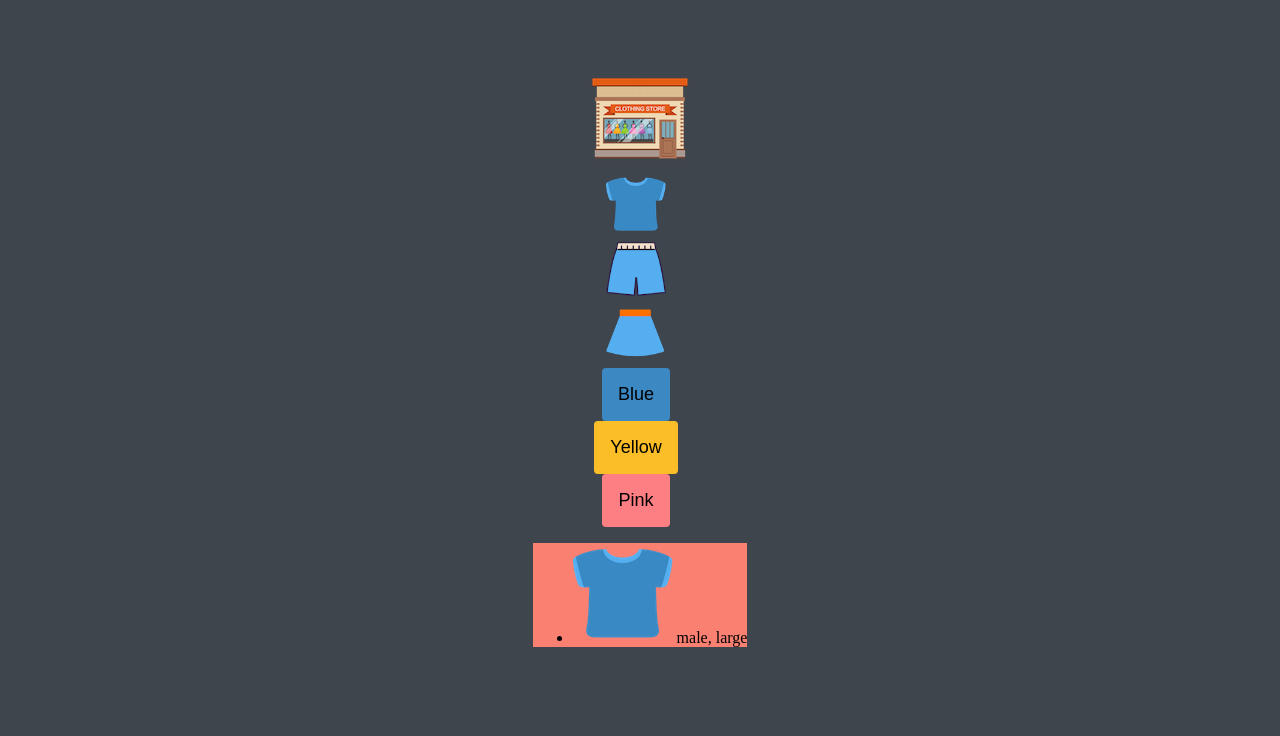
Repository: GoodHoneyCake/Dream_Coding_Academy1
Page: index.html
The author's editor kept a copy of each file at every save. The page is drawn from the files as they stood at one save, then again after the next save.
The browser window is 1280 px wide. The pictures show the whole page.

Above is the page before, as saved 2021-01-06 16:26:58.

### index.html
<!DOCTYPE html>
<html lang="en">
  <head>
    <meta charset="UTF-8" />
    <meta name="viewport" content="width=device-width, initial-scale=1.0" />
    <title>Online Shopping</title>
    <link rel="stylesheet" href="style.css" />
    <script src="src/main.js" defer></script>
  </head>
  <body>
    <!-- Logo -->
    <img src="img/logo.png" alt="Logo" class="logo" />
    <!-- Buttons -->
    <button class="btn">
      <img src="img/blue_t.png" alt="tshirt" class="imgBtn" />
    </button>
    <button class="btn">
      <img src="img/blue_p.png" alt="pants" class="imgBtn" />
    </button>
    <button class="btn">
      <img src="img/blue_s.png" alt="skirt" class="imgBtn" />
    </button>
    <button class="btn colorBtn blue">Blue</button>
    <button class="btn colorBtn yellow">Yellow</button>
    <button class="btn colorBtn pink">Pink</button>
    <!-- Items -->
    <ul class="items">
      <li class="item">
        <img src="img/blue_t.png" alt="tshirt" class="item_thumbnail" />
        <span class="item__description">male, large</span>
      </li>
    </ul>
  </body>
</html>

### style.css
:root {
  /* color */
  --color-black: #3f454d;
  --color-white: #ffffff;
  --color-blue: #3b88c3;
  --color-yellow: #fbbe28;
  --color-pink: #fd7f84;
  --color-light-grey: #dfdfdf;

  /* size */
  --base-space: 8px;
  --size-button: 60px;
  --size-border: 4px;
  --button-font-size: 18px;

  /* animation */
  --animation-duration: 300ms;
}

* {
  box-sizing: border-box;
}

body {
  height: 100vh;
  background-color: var(--color-black);
  display: flex;
  flex-direction: column;
  justify-content: center;
  align-items: center;
}

.logo {
  cursor: pointer;
  transition: transform var(--animation-duration) ease;
}

.btn {
  background-color: transparent;
  border: none;
  outline: none;
  cursor: pointer;
  transition: transform var(--animation-duration) ease;
  margin-right: var(--base-space);
}

.logo:hover,
.btn:hover {
  transform: scale(1.1);
}

.buttons {
  display: flex;
  align-items: center;
}

.imgBtn {
  width: var(--size-button);
  height: var(--size-button);
}

.colorBtn {
  font-size: var(--button-font-size);
  padding: calc(var(--base-space) * 2);
  border-radius: var(--size-border);
}

.blue {
  background-color: var(--color-blue);
}
.yellow {
  background-color: var(--color-yellow);
}
.pink {
  background-color: var(--color-pink);
}

.items {
  background-color: salmon;
}

Loaded but not shown: src/main.js (no stored copy; drawn as an empty file)

After the next save:
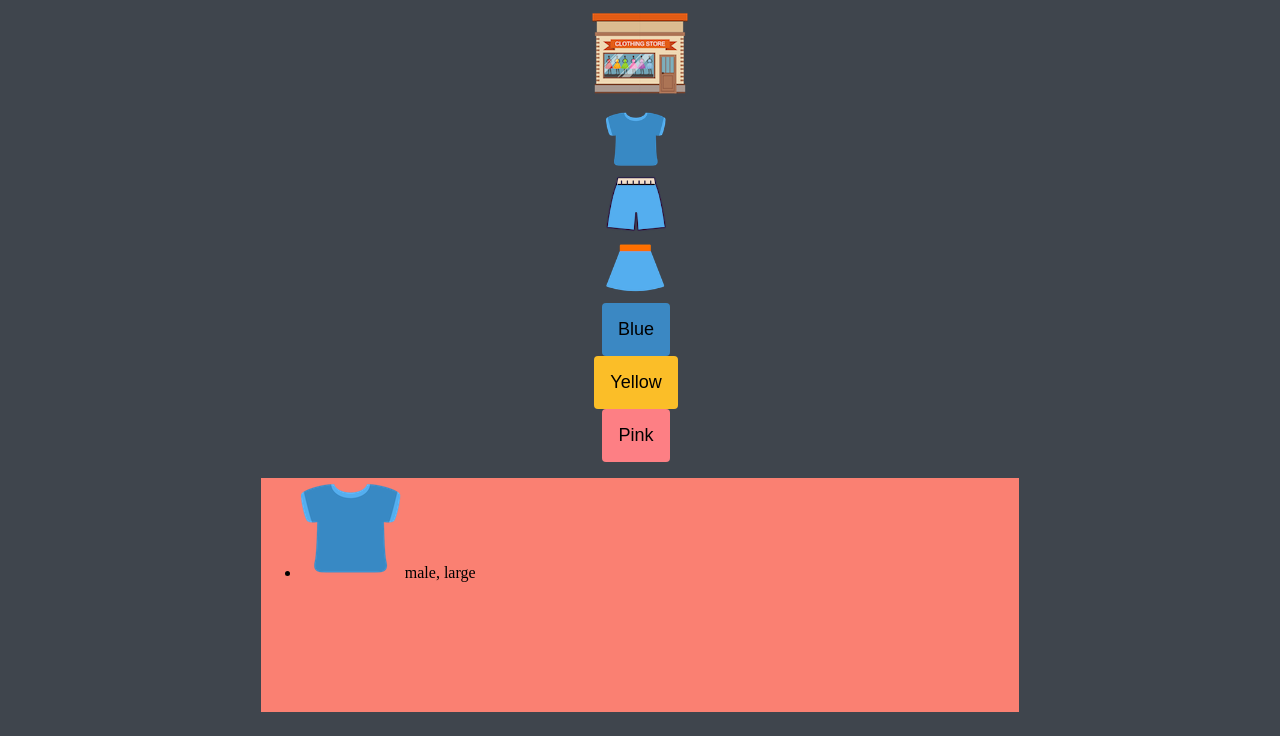
Saved 15 s later.
--- a/style.css
+++ b/style.css
@@ -77,4 +77,6 @@ body {
 
 .items {
   background-color: salmon;
+  width: 60%;
+  height: 60%;
 }
